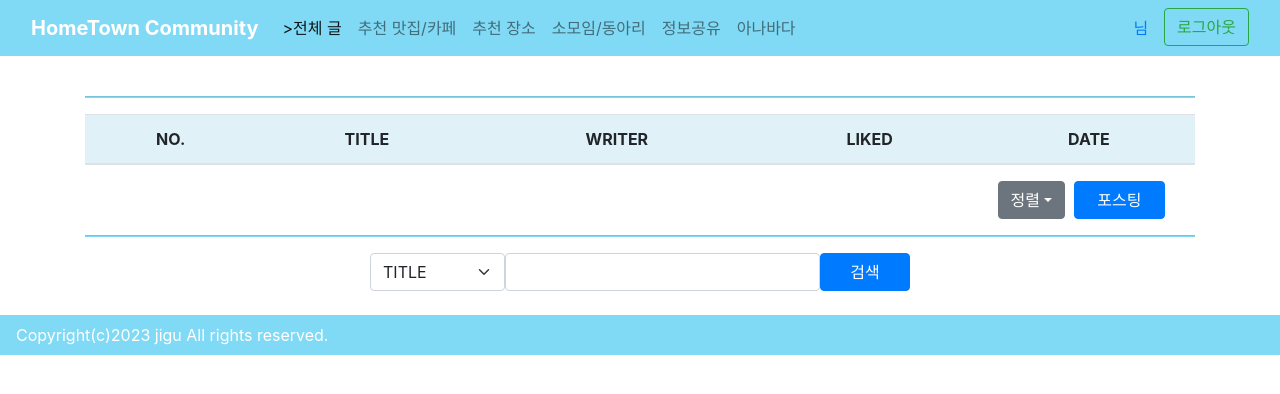
Repository: jisooo428/HomeCommunity
Page: http://localhost/hometownC/WEB-INF/views/hometownCviews/postListView.jsp
An editor plug-in stored every save of this project. The page is shown before and after the next save, followed by the edit.
The browser window is 1280 px wide. The pictures show the whole page.
The page is served by Tomcat 9. Nobody is signed in. The template is opened directly, without the code that normally fills it, so the values that code supplies are empty.

Above is the page before, as saved 2024-04-13 15:07:26.

After the next save:
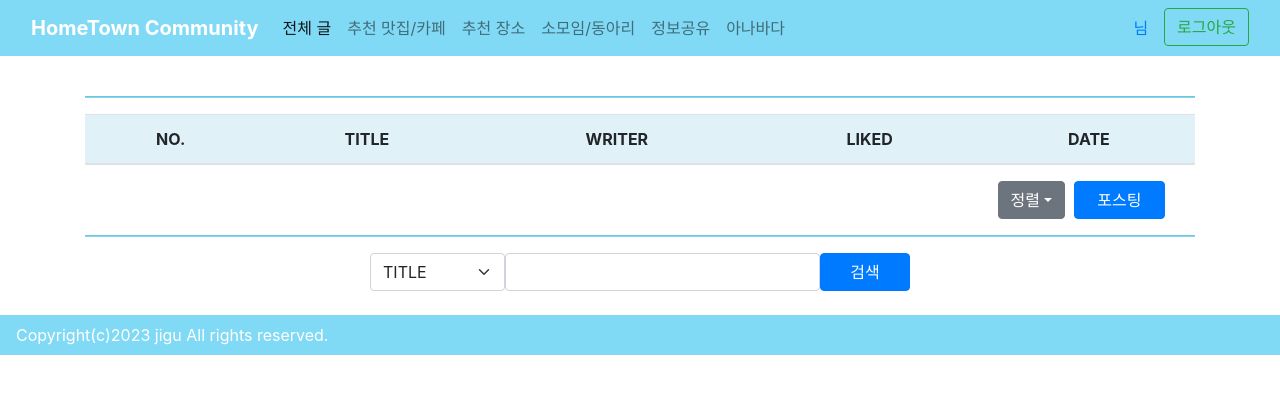
Saved 15 s later.
--- a/hometownC/src/main/webapp/WEB-INF/views/hometownCviews/postListView.jsp
+++ b/hometownC/src/main/webapp/WEB-INF/views/hometownCviews/postListView.jsp
@@ -231,7 +231,7 @@ none
 					<li class="nav-item"><a class="nav-link active"
 						aria-current="page"
 						<!--  href="getPostList.do?id=${member.id }" -->
-						>전체 글</a></li>
+						 전체 글</a></li>
 					<li class="nav-item"><a class="nav-link" href="getPostListCate.do?id=${member.id }&&cateSeq=1">추천 맛집/카페</a>
 					</li>
 					<li class="nav-item"><a class="nav-link" href="getPostListCate.do?id=${member.id }&&cateSeq=2">추천 장소</a></li>
